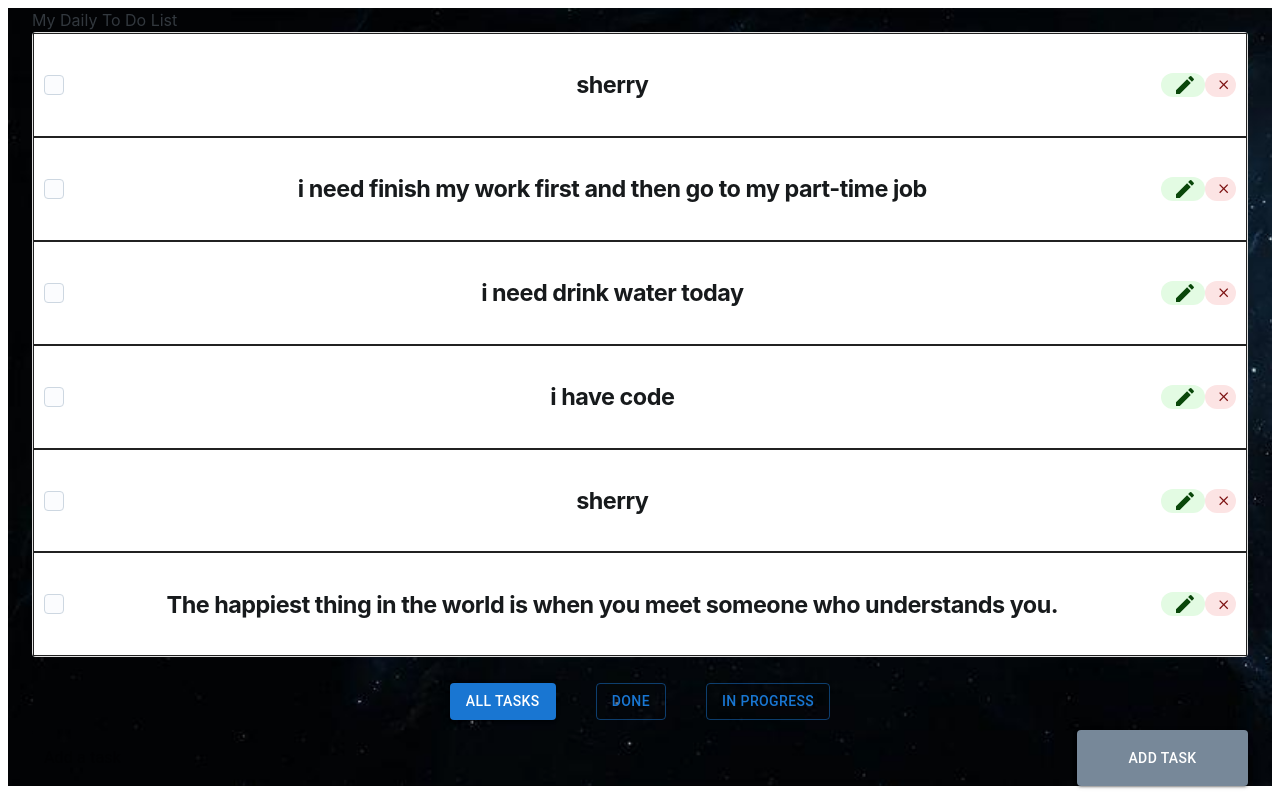
Repository: Tracy-maker/TodoList
Page: /
An editor plug-in stored every save of this project. The page is shown before and after the next save, followed by the edit.
The browser window is 1280 px wide. The pictures show the whole page.
The project was rebuilt for these pictures with package versions that can differ from the ones it lists, and the page was loaded fresh each time. Requests to the local data server were answered from the project's data file. Also part of the build but not shown: src/components/TaskEdit.js.

Above is the page before, as saved 2023-09-19 22:45:56.

### public/index.html
<!DOCTYPE html>
<html lang="en">
  <head>
    <meta charset="utf-8" />
    <link rel="icon" href="%PUBLIC_URL%/favicon.ico" />
    <meta name="viewport" content="width=device-width, initial-scale=1" />
    <meta name="theme-color" content="#000000" />
    <meta
      name="description"
      content="Web site created using create-react-app"
    />
    <link rel="apple-touch-icon" href="%PUBLIC_URL%/logo192.png" />
    <!--
      manifest.json provides metadata used when your web app is installed on a
      user's mobile device or desktop. See https://developers.google.com/web/fundamentals/web-app-manifest/
    -->
    <link rel="manifest" href="%PUBLIC_URL%/manifest.json" />
    <link href="https://fonts.googleapis.com/css2?family=Montserrat:wght@300;400;500&amp;display=swap" rel="stylesheet">
    <!--
      Notice the use of %PUBLIC_URL% in the tags above.
      It will be replaced with the URL of the `public` folder during the build.
      Only files inside the `public` folder can be referenced from the HTML.

      Unlike "/favicon.ico" or "favicon.ico", "%PUBLIC_URL%/favicon.ico" will
      work correctly both with client-side routing and a non-root public URL.
      Learn how to configure a non-root public URL by running `npm run build`.
    -->
    <title>React App</title>
  </head>
  <body>
    <noscript>You need to enable JavaScript to run this app.</noscript>
    <div id="root"></div>
    <!--
      This HTML file is a template.
      If you open it directly in the browser, you will see an empty page.

      You can add webfonts, meta tags, or analytics to this file.
      The build step will place the bundled scripts into the <body> tag.

      To begin the development, run `npm start` or `yarn start`.
      To create a production bundle, use `npm run build` or `yarn build`.
    -->
  </body>
</html>

### src/App.js
import { useState, useEffect } from "react";
import axios from "axios";
import CreateTask from "./components/CreateTask";
import TaskList from "./components/TaskList";
import { Box, Container } from "@mui/material";
import styled from "styled-components";
import Typography from "@mui/joy/Typography";
import TaskButton from "./components/TaskButton";
import Image1 from "./image/7.jpg";

const StyledContainer = styled(Container)`
  display: flex;
  flex-direction: column;
  background-image: url(${Image1});
  background-size: cover; // Ensure the background image covers the entire container
  align-items: stretch;
`;

const TaskForm = styled(Box)`
  display: flex;
  flex-direction: column;

  align-items: stretch;
`;
function App() {
  const [tasks, setTasks] = useState([]);
  const [filter, setFilter] = useState("all");

  const fetchTask = async () => {
    const response = await axios.get("http://localhost:3001/tasks");
    setTasks(response.data);
  };

  useEffect(() => {
    fetchTask();
  }, []);

  const createTask = async (title) => {
    const response = await axios.post("http://localhost:3001/tasks", {
      title,
      status: "inProgress",
    });
    const updatedTasks = [...tasks, response.data];
    setTasks(updatedTasks);
  };

  const deleteTasksById = async (id) => {
    await axios.delete(`http://localhost:3001/tasks/${id}`);
    const updatedTasks = tasks.filter((task) => {
      return task.id !== id;
    });
    setTasks(updatedTasks);
  };

  const editTaskById = async (id, newTitle) => {
    const response = await axios.put(`http://localhost:3001/tasks/${id}`, {
      title: newTitle,
    });

    const updatedTasks = tasks.map((task) => {
      if (task.id === id) {
        return {
          ...task,
          ...response.data,
        };
      }
      return tasks;
    });
    setTasks(updatedTasks);
  };

  const handleFilterTasks = (filter) => {
    setFilter(filter);
  };

  let filteredTasks = tasks;
  if (filter !== "all") {
    filteredTasks = tasks.filter((task) => task.status === filter);
  }

  const toggleCheckedBoxById = (id) => {
    const updatedTasks = tasks.map((task) => {
      if (task.id === id) {
        let nextStatus;
        if (task.status === "done") {
          nextStatus = "inProgress";
        } else {
          nextStatus = "done";
        }
        return {
          ...task,
          status: nextStatus,
        };
      }
      return task;
    });
    setTasks(updatedTasks);
  };

  return (
    <StyledContainer maxWidth="xl">
      <Typography>My Daily To Do List</Typography>
      <TaskForm>
        <TaskList
          toggleCheckedBoxById={toggleCheckedBoxById}
          tasks={filteredTasks}
          onDelete={deleteTasksById}
          onEdit={editTaskById}
        />
        <TaskButton defaultValue={filter} onFilterChange={handleFilterTasks} />
        <CreateTask onCreate={createTask} />
      </TaskForm>
    </StyledContainer>
  );
}
export default App;

### src/components/CreateTask.js
import * as React from "react";
import Stack from "@mui/material/Stack";
import TextField from "@mui/material/TextField";
import Button from "@mui/material/Button";
import { useState } from "react";


function CreateTask(props) {
  const [title, setTitle] = useState("");

  const handleChange = (event) => {
    setTitle(event.target.value);
  };

  const handleSubmit = (event) => {
    event.preventDefault();
    if (title.trim() !== "") {
      props.onCreate(title);
      setTitle("");
    }
  };

  return (
    <Stack onSubmit={handleSubmit} component="form" direction="row" spacing={4}>
      <TextField
        value={title}
        onChange={handleChange}
        fullWidth
        hiddenLabel
        placeholder="Add a task"
        variant="filled"
      />
      <Button
        sx={{
          width: "25ch",
          backgroundColor: "#778899",
        }}
        type="submit"
        variant="contained"
      >
        Add Task
      </Button>
    </Stack>
  );
}

export default CreateTask;

### src/components/TaskList.js
import * as React from "react";
import { Paper, Box } from "@mui/material";
import TaskShow from "./TaskShow";



function TaskList(props) {

  const renderedTasksList = props.tasks.map((task) => {
    return (
      <TaskShow
        key={task.id}
        task={task}
        onDelete={props.onDelete}
        onEdit={props.onEdit}
        toggleCheckedBoxById={props.toggleCheckedBoxById}
      />
    );
  });

  return (
    <Box mb={2}>
      <Paper variant="outlined">{renderedTasksList}</Paper>
    </Box>
  );
}
export default TaskList;

### src/components/TaskButton.js
import * as React from "react";
import { Box, Button } from "@mui/material";
import styled from "styled-components";

const ButtonNavigationBar = styled(Box)`
  display: flex;
  justify-content: center;
  gap: 40px;
  padding: 10px;
`;

function TaskButton(props) {
  return (
    <ButtonNavigationBar>
      <Button
        variant={props.defaultValue === "all" ? "contained" : "outlined"}
        onClick={() => props.onFilterChange("all")}
      >
        All Tasks
      </Button>
      <Button
        variant={props.defaultValue === "done" ? "contained" : "outlined"}
        onClick={() => props.onFilterChange("done")}
      >
        Done
      </Button>
      <Button
        variant={props.defaultValue === "inProgress" ? "contained" : "outlined"}
        onClick={() => props.onFilterChange("inProgress")}
      >
        In Progress
      </Button>
    </ButtonNavigationBar>
  );
}
export default TaskButton;

### src/components/TaskShow.js
import * as React from "react";
import { useState } from "react";
import Typography from "@mui/joy/Typography";
import Checkbox from "@mui/joy/Checkbox";
import Chip from "@mui/joy/Chip";
import ChipDelete from "@mui/joy/ChipDelete";
import styled from "styled-components";
import { Box } from "@mui/material";
import EditIcon from "@mui/icons-material/Edit";
import TaskEdit from "./TaskEdit";

const TaskItem = styled(Box)`
  display: flex;
  justify-content: space-between;
  align-items: center;
  padding: 10px;
  border-style: solid;
  border-width: 1px;
`;

const Title = styled(Typography)`
  text-decoration: ${({ isDeleted }) => (isDeleted ? "line-through" : "none")};
`;

function TaskShow(props) {
  const [showEdit, setShowEdit] = useState(false);

  const handleEdit = () => {
    setShowEdit(!showEdit);
  };

  const handleSubmit = (id, newTitle) => {
    setShowEdit(false);
    props.onEdit(id, newTitle);
  };

  let content = <h3>{props.task.title}</h3>;
  if (showEdit) {
    content = <TaskEdit onSubmit={handleSubmit} task={props.task} />;
  }

  const handleDelete = () => {
    props.onDelete(props.task.id);
  };

  const handleCheckboxChange = () => {
    props.toggleCheckedBoxById(props.task.id);
  };

  return (
    <TaskItem>
      <Checkbox
        checked={props.task.status === "done"}
        onChange={handleCheckboxChange}
      />
      <Title isDeleted={props.task.status === "done"} level="h4">
        {content}
      </Title>
      <Box>
        <Chip
          variant="soft"
          color="success"
          onClick={handleEdit}
          endDecorator={<EditIcon />}
        />

        <Chip
          variant="soft"
          color="danger"
          endDecorator={<ChipDelete onClick={handleDelete} />}
        />
      </Box>
    </TaskItem>
  );
}

export default TaskShow;

### db.json
{
  "tasks": [
    {
      "title": "sherry",
      "status": "inProgress",
      "id": 1
    },
    {
      "title": "i need finish my work first and then go to my part-time job",
      "status": "inProgress",
      "id": 2
    },
    {
      "title": "i need drink water today",
      "status": "inProgress",
      "id": 3
    },
    {
      "title": "i have code",
      "status": "inProgress",
      "id": 4
    },
    {
      "title": "sherry",
      "status": "inProgress",
      "id": 5
    },
    {
      "title": "The happiest thing in the world is when you meet someone who understands you.",
      "status": "inProgress",
      "id": 6
    }
  ]
}

Loaded but not shown: src/index.js (common file)

After the next save:
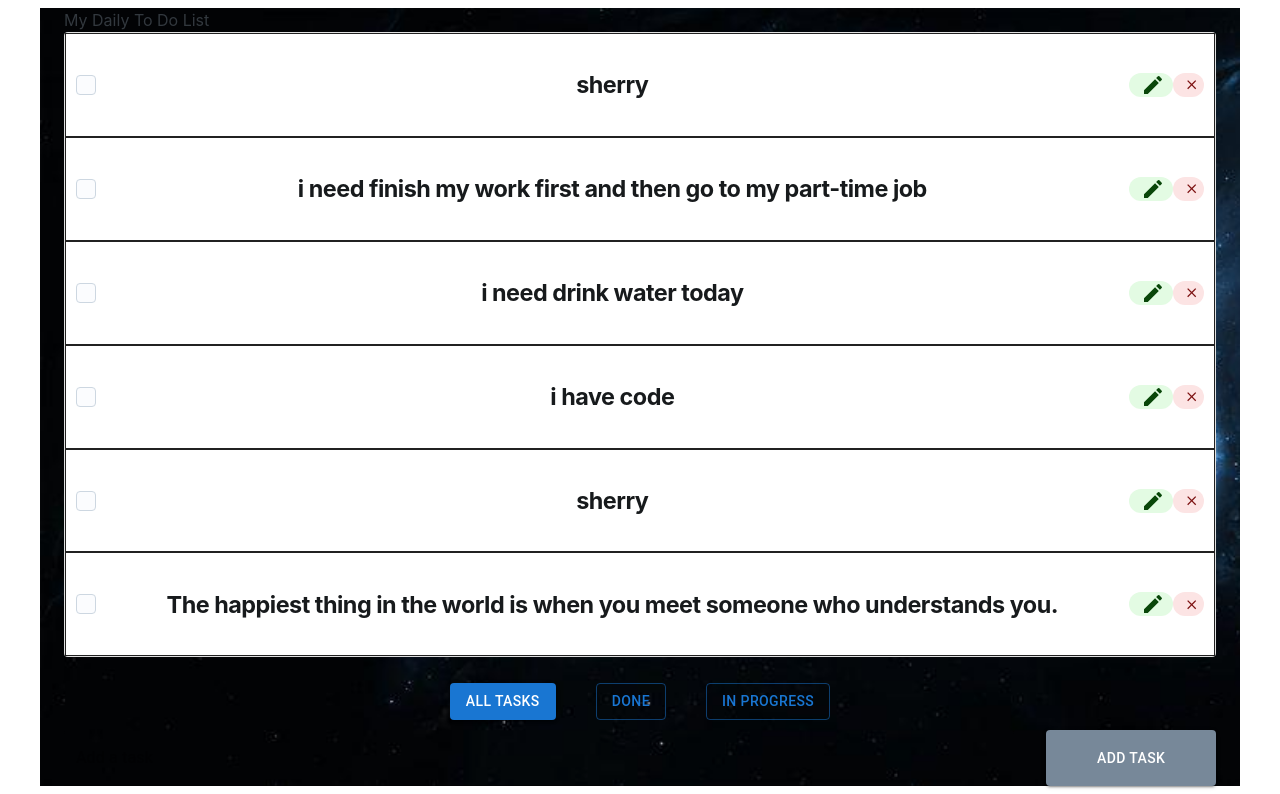
Saved 5 s later.
--- a/src/App.js
+++ b/src/App.js
@@ -98,7 +98,7 @@ function App() {
   };
 
   return (
-    <StyledContainer maxWidth="xl">
+    <StyledContainer >
       <Typography>My Daily To Do List</Typography>
       <TaskForm>
         <TaskList
